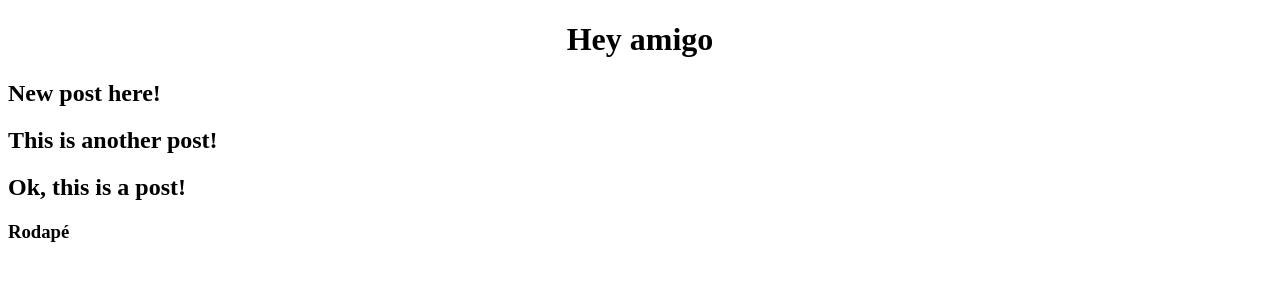
Repository: leandrobellini/Web-Developer-Bootcamp-Udemy
Page: http://localhost/posts
The author's editor kept a record of every edit. The page is drawn from the files as they stood at one moment, then again after the next edit.
The browser window is 1280 px wide. The pictures show the whole page.
The page is served by the project's Node server (MoreExpress/app.js).

Above is the page before.

### 29. RESTful Routing/workspace/MoreExpress/views/somar.ejs
<% include partials/header %>

<h1><center>Hey amigo</center></h1>

<% for(var i = 0;i < dados.length; i++){ %>
   <h2><%= dados[i].title %></h2>
<% } %>

<% include partials/footer %>

### 29. RESTful Routing/workspace/MoreExpress/views/partials/header.ejs
<!DOCTYPE html>
<html>
  <head>
    <meta charset="utf-8">
    <title></title>
    <link rel="/app.css" type"text/css"></link>
  </head>
  <body>

### 29. RESTful Routing/workspace/MoreExpress/views/partials/footer.ejs

    <h3>Rodapé</h3>
  </body>
</html>

### 29. RESTful Routing/workspace/MoreExpress/app.js
var express = require("express");
var app = express();

app.use(express.static("public"));
app.set("view engine", "ejs");

app.get("/", function(req, res){
   res.send("Hello");
});

app.get("/posts", function(req, res){
    var dados = [
        {title: "New post here!"},
        {title: "This is another post!"},
        {title: "Ok, this is a post!"}];

    res.render("somar", {dados: dados});
});

app.listen(process.env.PORT, process.env.IP, function(){
    console.log("Server has started!");
});

Loaded but not shown: 29. RESTful Routing/workspace/MoreExpress/public/app.css (common file)

After the next edit:
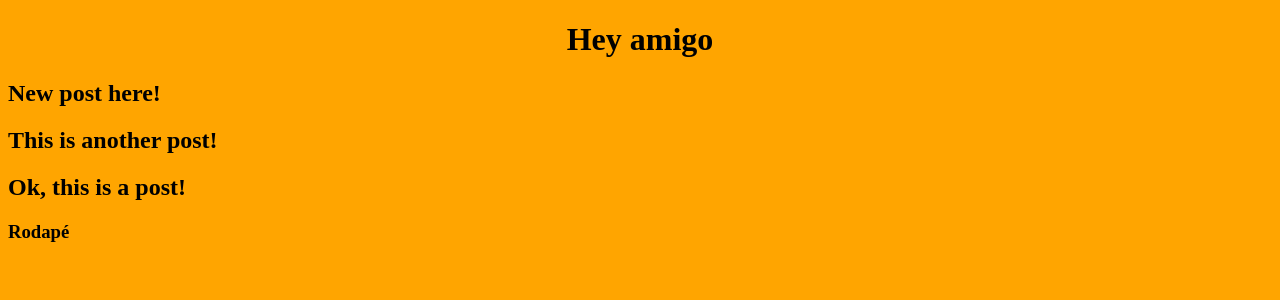
The edit:
--- a/29. RESTful Routing/workspace/MoreExpress/views/partials/header.ejs
+++ b/29. RESTful Routing/workspace/MoreExpress/views/partials/header.ejs
@@ -2,7 +2,7 @@
 <html>
   <head>
     <meta charset="utf-8">
-    <title></title>
-    <link rel="/app.css" type"text/css"></link>
+    <title>Demo app </title>
+    <link rel="stylesheet" href="/app.css" type="text/css"></link>
   </head>
   <body>
